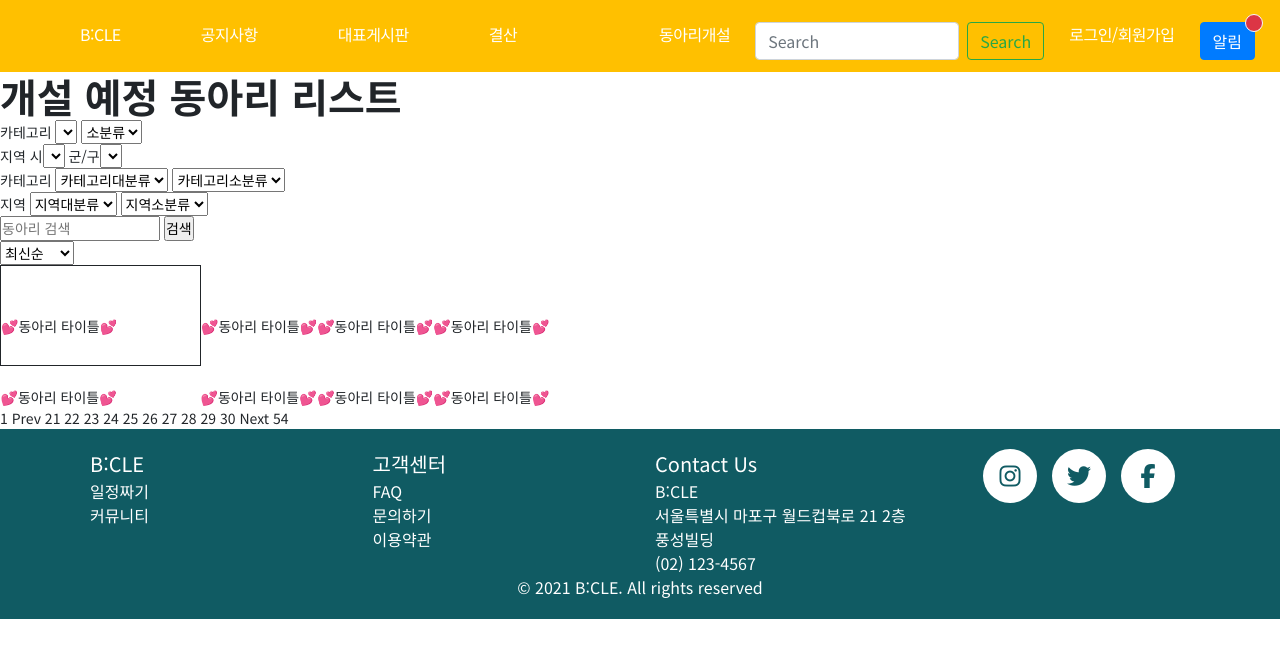
Repository: CHAEYUN7074/SpringProject_Bcle
Page: http://localhost/Bcle/ClubBeforeOpenedList.jsp
The author's editor kept a copy of each file at every save. The page is drawn from the files as they stood at one save, then again after the next save.
The browser window is 1280 px wide. The pictures show the whole page.
Some web fonts or font styles are not loaded; a fallback is used. Some web libraries are served in a nearby version. The page is served by Tomcat 9. The template is opened directly, without the code that normally fills it, so the values that code supplies are empty.

Above is the page before, as saved 2021-12-18 08:19:09.
Console error (its wording comes from the project's code and is left out).

After the next save:
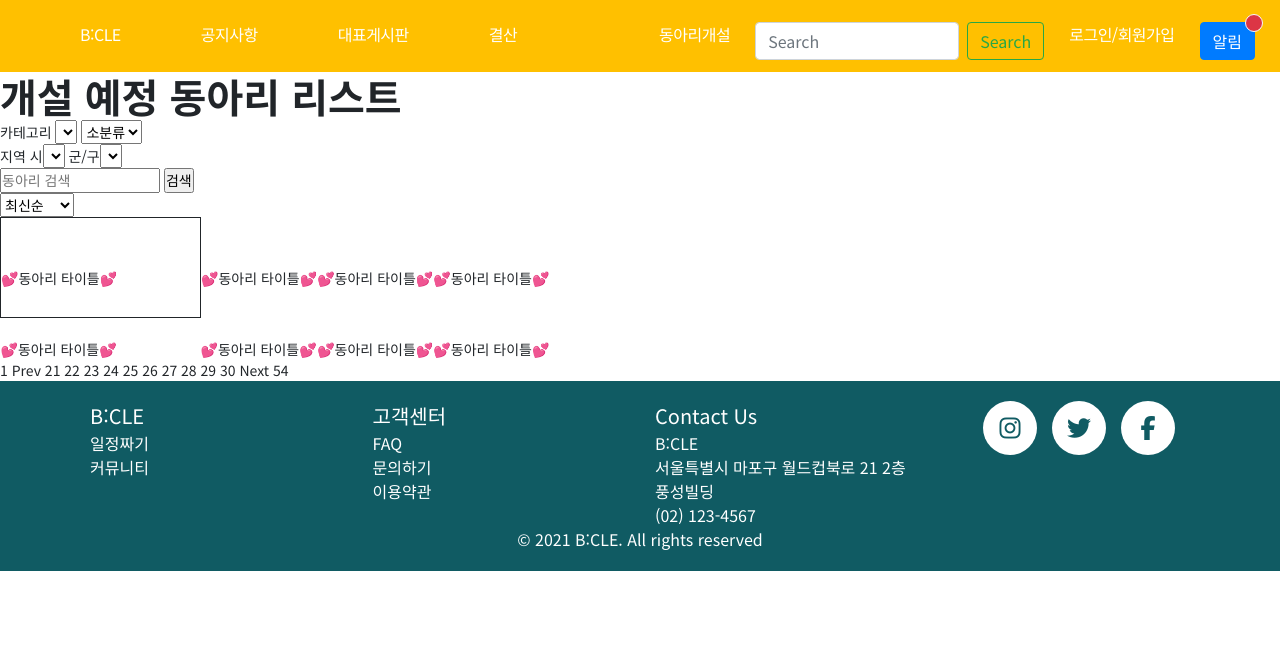
Saved 45 s later.
--- a/Bcle/WebContent/ClubBeforeOpenedList.jsp
+++ b/Bcle/WebContent/ClubBeforeOpenedList.jsp
@@ -28,7 +28,7 @@ ClubBeforeOpenedList.jsp
 
 		<div>
 
-
+		<from>
 			<div>
 				카테고리
 				<select id="category_L_Id" name="category_L_Id">
@@ -55,35 +55,14 @@ ClubBeforeOpenedList.jsp
 				</select>
 			</div>
 
-
+			</from>
 
 
 
 
 
 			<form action="">
-				<div>
-					카테고리 <select id="category1">
-						<option value="1">카테고리대분류</option>
-						<option value="2">2</option>
-						<option value="3">3</option>
-					</select> <select id="category2">
-						<option value="1">카테고리소분류</option>
-						<option value="2">2</option>
-						<option value="3">3</option>
-					</select>
-				</div>
-				<div>
-					지역 <select id="region1">
-						<option value="1">지역대분류</option>
-						<option value="2">2</option>
-						<option value="3">3</option>
-					</select> <select id="region1">
-						<option value="1">지역소분류</option>
-						<option value="2">2</option>
-						<option value="3">3</option>
-					</select>
-				</div>
+
 				<div>
 					<input type="text" placeholder="동아리 검색" class="search" /> <input
 						type="button" value="검색">
